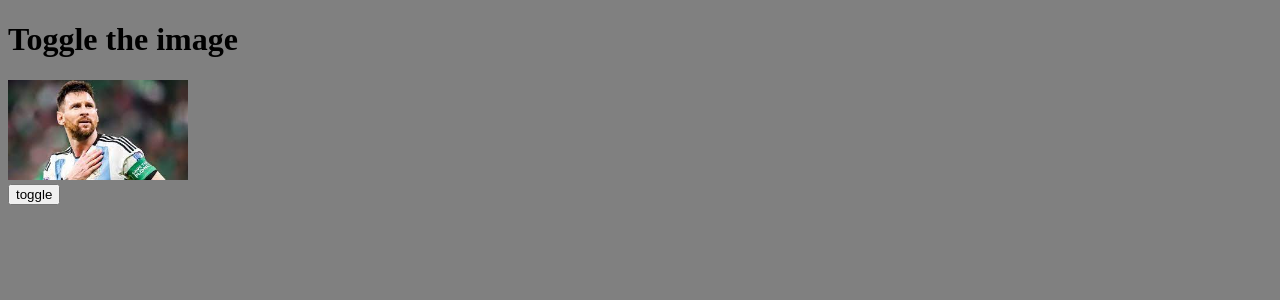
Repository: albinsabu2023/Stopwatch-program
Page: index.html
The author's editor kept a copy of each file at every save. The page is drawn from the files as they stood at one save, then again after the next save.
The browser window is 1280 px wide. The pictures show the whole page.

Above is the page before, as saved 2023-03-03 18:35:52.

After the next save:
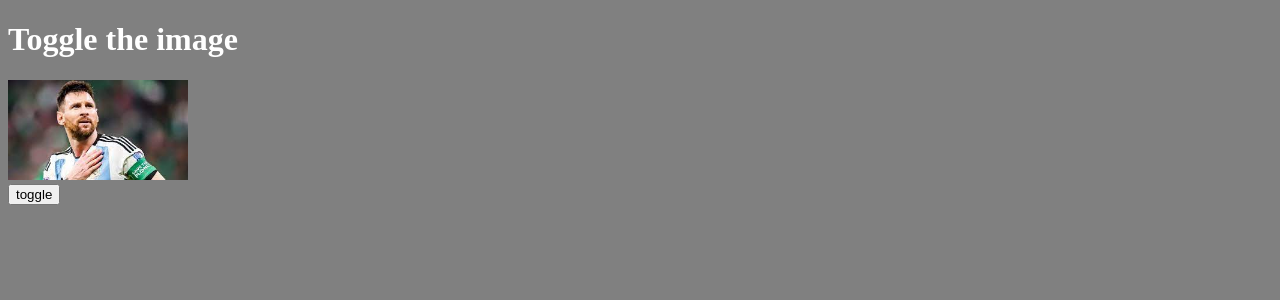
Saved 12 s later.
--- a/style.css
+++ b/style.css
@@ -1,5 +1,5 @@
 body{
-text-decoration-color:white;
+color:white;
 background-color: gray;
 }
 img{
